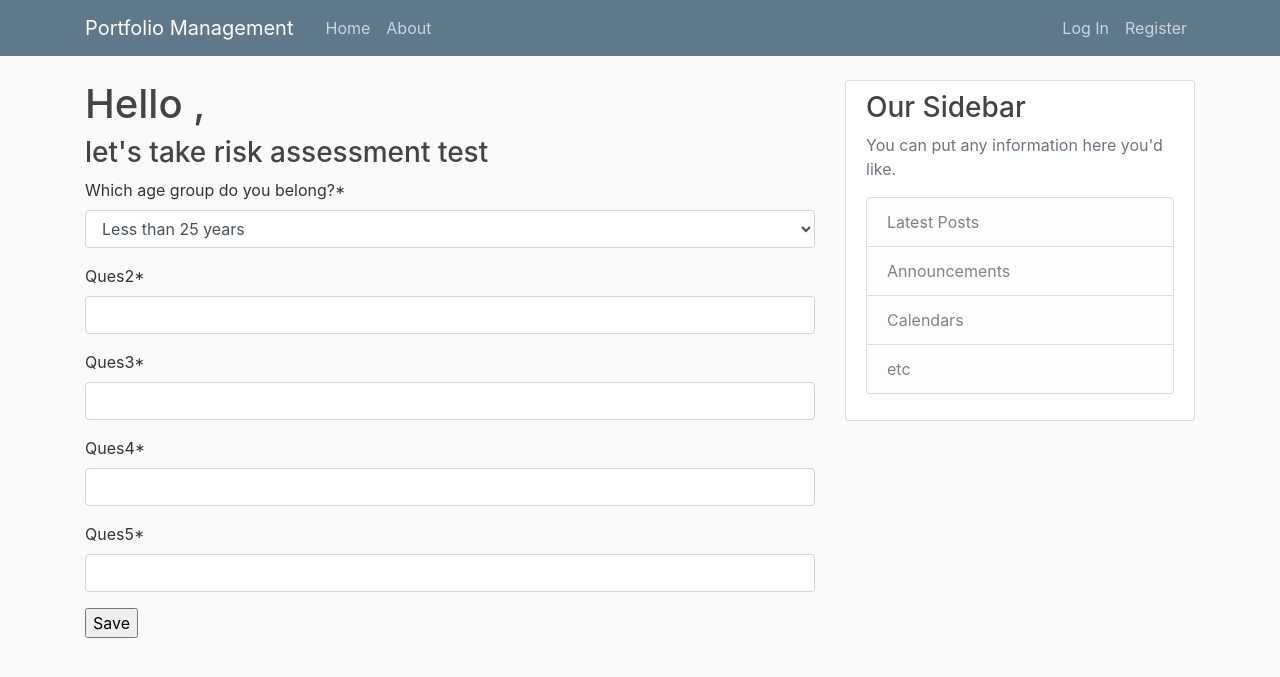
Repository: rahulsolankib/portfolio
Page: http://localhost/questions/
These files come from the project's save history. The page is drawn as it stood at one moment and after the next save; the edit follows.
The browser window is 1280 px wide. The pictures show the whole page.
The page is served by the project's application, run on Django 3.2 (manage.py). Other server files are loaded and not shown.

Above is the page before, as saved 2020-10-20 00:29:00.

### riskCalculator/templates/riskCalculator/questions.html
{% extends "startPage/base.html" %}
{% load crispy_forms_tags %}
{% crispy example_form %}


{% block content %}
    <h1>Hello {{user.username}},</h1>
    <h3>let's take risk assessment test</h3>
    <form method='POST'>
        {% csrf_token %}
        {{formRec | crispy}}

        <input type='submit' value="Save" />
    </form>

{% endblock content %}

### startPage/templates/startPage/base.html
{% load static %}
<!DOCTYPE html>
<html>
<head>
    <meta charset="utf-8">
    <meta name="viewport" content="width=device-width, initial-scale=1, shrink-to-fit=no">

    <!-- Bootstrap CSS -->
    <link rel="stylesheet" href="https://stackpath.bootstrapcdn.com/bootstrap/4.5.2/css/bootstrap.min.css" integrity="sha384-JcKb8q3iqJ61gNV9KGb8thSsNjpSL0n8PARn9HuZOnIxN0hoP+VmmDGMN5t9UJ0Z" crossorigin="anonymous">

    <link rel="stylesheet" type="text/css" href="{% static 'startPage/main.css' %}">
    {% if title %}
        <title>Django - {{title}}</title>
    {% else %}
        <title>Django</title>
    {% endif %}
</head>
<body>
    <header class="site-header">
        <nav class="navbar navbar-expand-md navbar-dark bg-steel fixed-top">
            <div class="container">
            <a class="navbar-brand mr-4" href="{% url 'Start-Page' %}">Portfolio Management</a>
            <button class="navbar-toggler" type="button" data-toggle="collapse" data-target="#navbarToggle" aria-controls="navbarToggle" aria-expanded="false" aria-label="Toggle navigation">
            <span class="navbar-toggler-icon"></span>
            </button>
            <div class="collapse navbar-collapse" id="navbarToggle">
                <div class="navbar-nav mr-auto">
                <a class="nav-item nav-link" href="{% url 'Start-Page' %}">Home</a>
                <a class="nav-item nav-link" href="{% url 'About-Page' %}">About</a>
                {% if user.is_authenticated %}
                    <a class="nav-item nav-link" href="{% url 'questions' %}">Risk-Assessment</a>
                {% endif%}
                </div>
                <!-- Navbar Right Side -->
                <div class="navbar-nav">
                {% if user.is_authenticated %}
                    <a class="nav-item nav-link" href="{% url 'profile' %}">@{{user.username}}</a>
                    <a class="nav-item nav-link" href="{% url 'logout' %}">Log Out</a>
                {% else %}
                    <a class="nav-item nav-link" href="{% url 'login' %}">Log In</a>
                    <a class="nav-item nav-link" href="{% url 'register' %}">Register</a>
                {% endif%}
                </div>
            </div>
            </div>
        </nav>
    </header>
    <main role="main" class="container">
        <div class="row">
            <div class="col-md-8">
                {% if messages %}
                    {% for message in messages%}
                        <div class="alert alert-{{message.tags}}">
                            {{message}}
                        </div>
                    {% endfor %}
                {% endif %}
                {% block content %}{% endblock %}
            </div>
            <div class="col-md-4">
            <div class="content-section">
                <h3>Our Sidebar</h3>
                <p class='text-muted'>You can put any information here you'd like.
                <ul class="list-group">
                    <li class="list-group-item list-group-item-light">Latest Posts</li>
                    <li class="list-group-item list-group-item-light">Announcements</li>
                    <li class="list-group-item list-group-item-light">Calendars</li>
                    <li class="list-group-item list-group-item-light">etc</li>
                </ul>
                </p>
            </div>
            </div>
        </div>
    </main>


    <script src="https://code.jquery.com/jquery-3.5.1.slim.min.js" integrity="sha384-DfXdz2htPH0lsSSs5nCTpuj/zy4C+OGpamoFVy38MVBnE+IbbVYUew+OrCXaRkfj" crossorigin="anonymous"></script>
    <script src="https://cdn.jsdelivr.net/npm/popper.js@1.16.1/dist/umd/popper.min.js" integrity="sha384-9/reFTGAW83EW2RDu2S0VKaIzap3H66lZH81PoYlFhbGU+6BZp6G7niu735Sk7lN" crossorigin="anonymous"></script>
    <script src="https://stackpath.bootstrapcdn.com/bootstrap/4.5.2/js/bootstrap.min.js" integrity="sha384-B4gt1jrGC7Jh4AgTPSdUtOBvfO8shuf57BaghqFfPlYxofvL8/KUEfYiJOMMV+rV" crossorigin="anonymous"></script>
</body>
</html>

### riskCalculator/forms.py
from django import forms

from .models import Que,RiskModel


class QForm(forms.Form):
    age_group=(
            (1,'Less than 25 years')
            ,(2,'25-35 years')
            ,(3,'36-40 years')
            ,(4,'51 above')
    )

    ques1 = forms.TypedChoiceField(label='Which age group do you belong?',choices=age_group, coerce=int, initial=1)
    ques2 = forms.CharField()
    ques3 = forms.CharField()
    ques4 = forms.CharField()
    ques5 = forms.CharField()


class QueForm(forms.ModelForm):
    class Meta:
        model = Que
        fields = ['ques1','ques2','ques3','ques4','ques5']


class RiskForm(forms.ModelForm):
    class Meta:
        model = RiskModel
        fields = ['userid','risk_score']

### riskCalculator/models.py
from django.db import models
# from user.forms import User

# Create your models here.
class Que(models.Model):
    ques1 = models.CharField(max_length=120)
    ques2 = models.CharField(max_length=120)
    ques3 = models.CharField(max_length=120)
    ques4 = models.CharField(max_length=120)
    ques5 = models.CharField(max_length=120)

class RiskModel(models.Model):
    userid = models.IntegerField(unique=True)
    risk_score = models.DecimalField(
                         max_digits = 5,
                         decimal_places = 2)

### riskCalculator/views.py
from django.shortcuts import render
from .forms import QueForm,RiskForm,QForm

from .models import RiskModel

def questions(request):
    formRec = QForm(request.POST or None)
    context = {
        'formRec': formRec
    }
    userid = request.user.id


    data = {'userid' : userid, 'risk_score':32}
    form = RiskForm(data)
    if form.is_valid():
        profile = form.save(commit = True)
        profile.user = request.user
        profile.save()

    return render(request,'riskCalculator/questions.html',context)

### portfolio/urls.py
"""portfolio URL Configuration

The `urlpatterns` list routes URLs to views. For more information please see:
    https://docs.djangoproject.com/en/3.1/topics/http/urls/
Examples:
Function views
    1. Add an import:  from my_app import views
    2. Add a URL to urlpatterns:  path('', views.home, name='home')
Class-based views
    1. Add an import:  from other_app.views import Home
    2. Add a URL to urlpatterns:  path('', Home.as_view(), name='home')
Including another URLconf
    1. Import the include() function: from django.urls import include, path
    2. Add a URL to urlpatterns:  path('blog/', include('blog.urls'))
"""
from django.contrib import admin
from django.contrib.auth import views as auth_views
from django.urls import path,include
from user import views as user_views
from riskCalculator import views as riskCalculator_views

urlpatterns = [
    path('admin/', admin.site.urls),
    path('register/',user_views.register,name='register'),
    path('profile/',user_views.profile,name='profile'),
    path('',include('startPage.urls')),
    path('login/',auth_views.LoginView.as_view(template_name="user/login.html"),name='login'),
    path('logout/',auth_views.LogoutView.as_view(template_name="user/logout.html"),name='logout'),
    path('questions/',riskCalculator_views.questions,name='questions')
]

### startPage/urls.py
from django.urls import path
from . import views

urlpatterns = [
    path('', views.home,name="Start-Page"),
    path('about/', views.about,name="About-Page"),
]

### startPage/static/startPage/main.css
body {
    background: #fafafa;
    color: #333333;
    margin-top: 5rem;
  }

  h1, h2, h3, h4, h5, h6 {
    color: #444444;
  }

  ul {
    margin: 0;
  }

  .bg-steel {
    background-color: #5f788a;
  }

  .site-header .navbar-nav .nav-link {
    color: #cbd5db;
  }

  .site-header .navbar-nav .nav-link:hover {
    color: #ffffff;
  }

  .site-header .navbar-nav .nav-link.active {
    font-weight: 500;
  }

  .content-section {
    background: #ffffff;
    padding: 10px 20px;
    border: 1px solid #dddddd;
    border-radius: 3px;
    margin-bottom: 20px;
  }

  .article-title {
    color: #444444;
  }

  a.article-title:hover {
    color: #428bca;
    text-decoration: none;
  }

  .article-content {
    white-space: pre-line;
  }

  .article-img {
    height: 65px;
    width: 65px;
    margin-right: 16px;
  }

  .article-metadata {
    padding-bottom: 1px;
    margin-bottom: 4px;
    border-bottom: 1px solid #e3e3e3
  }

  .article-metadata a:hover {
    color: #333;
    text-decoration: none;
  }

  .article-svg {
    width: 25px;
    height: 25px;
    vertical-align: middle;
  }

  .account-img {
    height: 125px;
    width: 125px;
    margin-right: 20px;
    margin-bottom: 16px;
  }

  .account-heading {
    font-size: 2.5rem;
  }

After the next save:
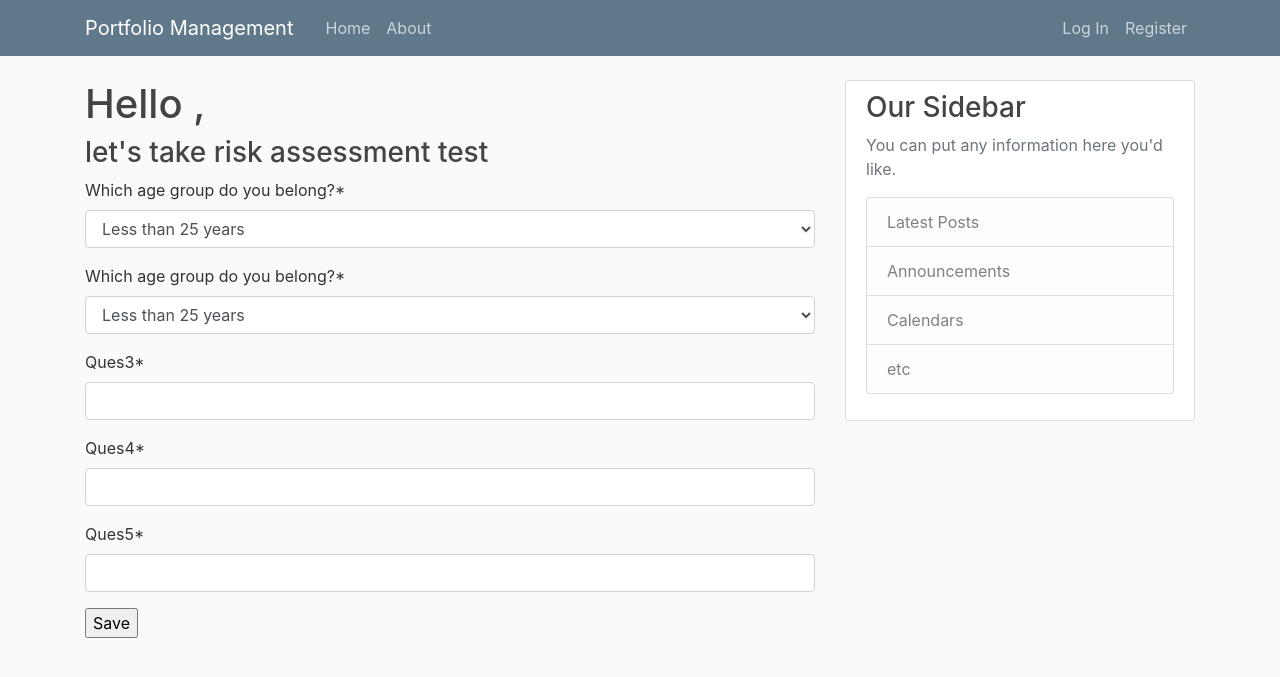
Saved 44 s later.
--- a/riskCalculator/forms.py
+++ b/riskCalculator/forms.py
@@ -12,7 +12,7 @@ class QForm(forms.Form):
     )
 
     ques1 = forms.TypedChoiceField(label='Which age group do you belong?',choices=age_group, coerce=int, initial=1)
-    ques2 = forms.CharField()
+    ques2 = forms.TypedChoiceField(label='Which age group do you belong?',choices=age_group, coerce=int, initial=1)
     ques3 = forms.CharField()
     ques4 = forms.CharField()
     ques5 = forms.CharField()
